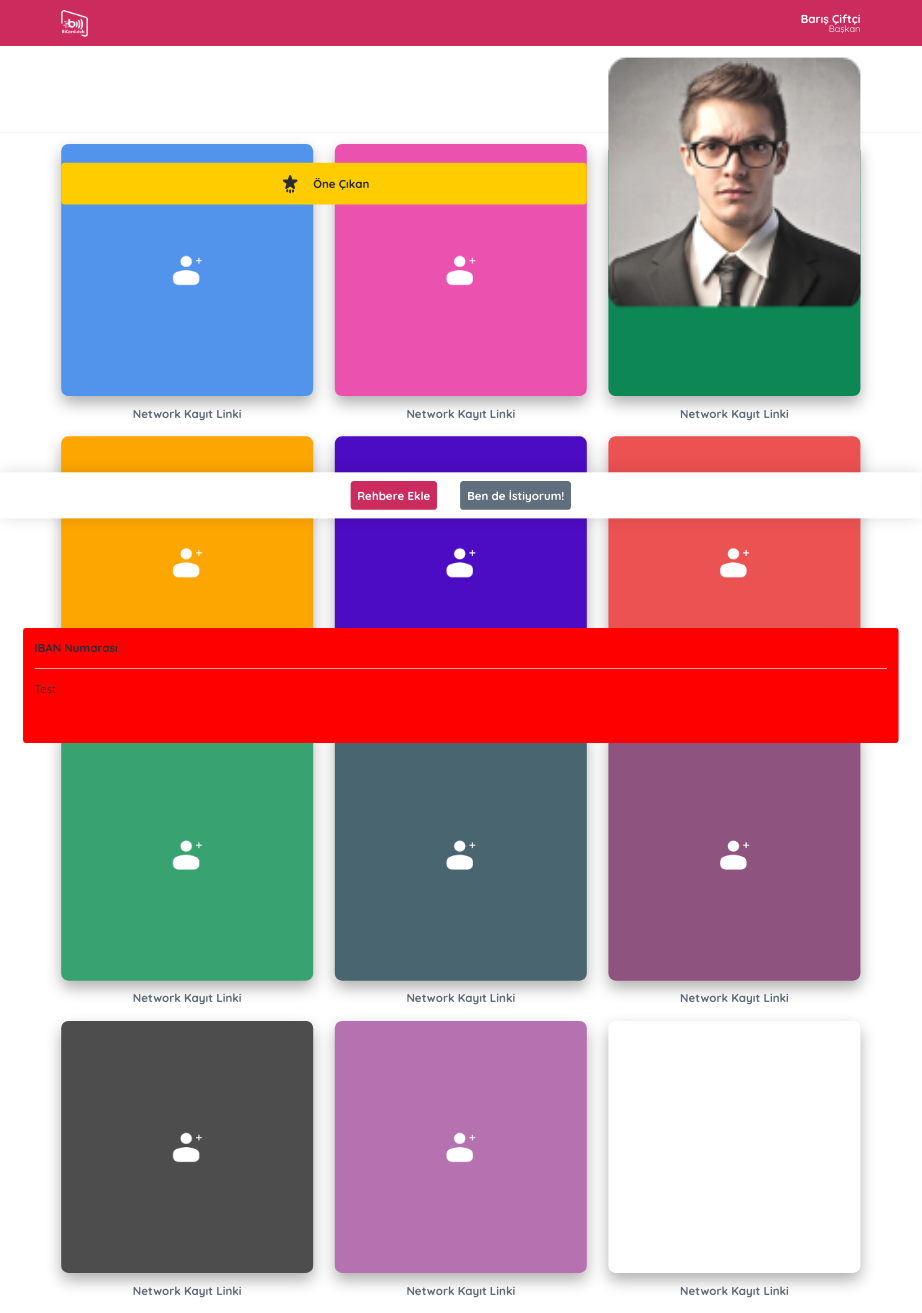
Repository: KayahanKahriman/bicard
Page: index.html
The author's editor kept a copy of each file at every save. The page is drawn from the files as they stood at one save, then again after the next save.
The browser window is 1280 px wide. The pictures show the whole page, at 72% of full size.
The style sheet was rebuilt from its Sass, Less or Tailwind sources for each picture, by a compiler version that may differ from the author's.

Above is the page before, as saved 2021-12-02 10:04:41.

### index.html
<!doctype html>
<html>

<head>
    <meta name="viewport" content="width=device-width, initial-scale=1, maximum-scale=1, user-scalable=no">
    <meta charset="utf-8" />
    <title>Title</title>
    <link rel="preconnect" href="https://fonts.googleapis.com">
    <link rel="preconnect" href="https://fonts.gstatic.com" crossorigin>
    <link href="https://fonts.googleapis.com/css2?family=Quicksand:wght@400;500;700&display=swap" rel="stylesheet">
    <link href="./assets/css/style.css" type="text/css" rel="stylesheet" />
</head>

<body>
    <header id="app-bar">
        <div class="container h-100">
            <div class="row h-100 align-items-center justify-content-between">
                <div class="col-1">
                    <img src="./assets/images/logo.png" alt="">
                </div>
                <div class="col-11">
                    <div id="app-bar-right">
                        <p id="person-name">Barış Çiftçi</p>
                        <p id="person-title">Başkan</p>
                    </div>
                </div>
            </div>
        </div>
    </header>

    <section id="profile" class="py-3">
        <div class="container">
            <div class="row align-items-center justify-content-center text-center">
                <div class="col-8">
                    <a href="#" class="button jumbo-button button-has-icon"><img src="./assets/images/ranking.svg" alt="">Öne Çıkan</a>
                </div>
                <div class="col-4">
                    <img class="img-contain" src="./assets/images/avatar.png" alt="">
                </div>
            </div>
        </div>
    </section>

    <section id="icon-grid" class="py-3">
        <div class="container">
            <div class="row">
                <div class="col-4 mb-4">
                    <div class="icon-grid-item">
                        <div class="icon-grid-item-icon" style="background-color: #5294eb;">
                            <a data-fancybox href="#test">
                                <img src="./assets/images/user-add.png" alt="">
                            </a>
                        </div>
                        <div class="icon-grid-item-title">
                            Network Kayıt Linki
                        </div>
                    </div>
                </div>
                <div class="col-4 mb-4">
                    <div class="icon-grid-item">
                        <div class="icon-grid-item-icon" style="background-color: #eb52b0;">
                            <a href="#">
                                <img src="./assets/images/user-add.png" alt="">
                            </a>
                        </div>
                        <div class="icon-grid-item-title">
                            Network Kayıt Linki
                        </div>
                    </div>
                </div>
                <div class="col-4 mb-4">
                    <div class="icon-grid-item">
                        <div class="icon-grid-item-icon" style="background-color: #0d8855;">
                            <a href="#">
                                <img src="./assets/images/user-add.png" alt="">
                            </a>
                        </div>
                        <div class="icon-grid-item-title">
                            Network Kayıt Linki
                        </div>
                    </div>
                </div>
                <div class="col-4 mb-4">
                    <div class="icon-grid-item">
                        <div class="icon-grid-item-icon" style="background-color: #fda500;">
                            <a href="#">
                                <img src="./assets/images/user-add.png" alt="">
                            </a>
                        </div>
                        <div class="icon-grid-item-title">
                            Network Kayıt Linki
                        </div>
                    </div>
                </div>
                <div class="col-4 mb-4">
                    <div class="icon-grid-item">
                        <div class="icon-grid-item-icon" style="background-color: #4c0cc4;">
                            <a href="#">
                                <img src="./assets/images/user-add.png" alt="">
                            </a>
                        </div>
                        <div class="icon-grid-item-title">
                            Network Kayıt Linki
                        </div>
                    </div>
                </div>
                <div class="col-4 mb-4">
                    <div class="icon-grid-item">
                        <div class="icon-grid-item-icon" style="background-color: #eb5252;">
                            <a href="#">
                                <img src="./assets/images/user-add.png" alt="">
                            </a>
                        </div>
                        <div class="icon-grid-item-title">
                            Network Kayıt Linki
                        </div>
                    </div>
                </div>
                <div class="col-4 mb-4">
                    <div class="icon-grid-item">
                        <div class="icon-grid-item-icon" style="background-color: #38a371;">
                            <a href="#">
                                <img src="./assets/images/user-add.png" alt="">
                            </a>
                        </div>
                        <div class="icon-grid-item-title">
                            Network Kayıt Linki
                        </div>
                    </div>
                </div>
                <div class="col-4 mb-4">
                    <div class="icon-grid-item">
                        <div class="icon-grid-item-icon" style="background-color: #496570;">
                            <a href="#">
                                <img src="./assets/images/user-add.png" alt="">
                            </a>
                        </div>
                        <div class="icon-grid-item-title">
                            Network Kayıt Linki
                        </div>
                    </div>
                </div>
                <div class="col-4 mb-4">
                    <div class="icon-grid-item">
                        <div class="icon-grid-item-icon" style="background-color: #8f5380;">
                            <a href="#">
                                <img src="./assets/images/user-add.png" alt="">
                            </a>
                        </div>
                        <div class="icon-grid-item-title">
                            Network Kayıt Linki
                        </div>
                    </div>
                </div>
                <div class="col-4 mb-4">
                    <div class="icon-grid-item">
                        <div class="icon-grid-item-icon" style="background-color: #4d4d4d;">
                            <a href="#">
                                <img src="./assets/images/user-add.png" alt="">
                            </a>
                        </div>
                        <div class="icon-grid-item-title">
                            Network Kayıt Linki
                        </div>
                    </div>
                </div>
                <div class="col-4 mb-4">
                    <div class="icon-grid-item">
                        <div class="icon-grid-item-icon" style="background-color: #b672b0;">
                            <a href="#">
                                <img src="./assets/images/user-add.png" alt="">
                            </a>
                        </div>
                        <div class="icon-grid-item-title">
                            Network Kayıt Linki
                        </div>
                    </div>
                </div>
                <div class="col-4 mb-4">
                    <div class="icon-grid-item">
                        <div class="icon-grid-item-icon">
                            <a href="#">
                                <img src="./assets/images/user-add.png" alt="">
                            </a>
                        </div>
                        <div class="icon-grid-item-title">
                            Network Kayıt Linki
                        </div>
                    </div>
                </div>
            </div>
        </div>
    </section>

    <section id="fixed-buttons">
        <a class="button primary-button" href="#">Rehbere Ekle</a>
        <a class="button dark-button" href="#">Ben de İstiyorum!</a>
    </section>

    <section id="inline-content" class="hide-content">
        <div id="modal-title">
            <strong>IBAN Numarası</strong>
        </div>
        <div id="modal-content">
            Test
        </div>
    </section>

    <script src="https://unpkg.com/swiper/swiper-bundle.min.js"></script>
    <script type="text/javascript" src="assets/js/index.js"></script>
</body>

</html>

### assets/scss/style.scss
@import "main";

#app-bar {
  background-color: var(--primary-color);
  height: var(--app-bar-height);
  width: 100%;
  color: white;
  position: fixed;
  top: 0;
  left: 0;
  z-index: 3;

  #person-name,
  #person-title {
    line-height: 1;
    text-align: right;
    margin-bottom: 0;
  }

  #person-name {
    font-weight: 600;
  }

  #person-title {
    font-size: 0.8em;
  }
}

#profile {
  background-color: white;
  position: relative;
  top: var(--app-bar-height);
  position: sticky;
  width: 100%;
  height: var(--profile-height);
  border-bottom: 1px solid var(--border-color);
  z-index: 3;
}

#icon-grid {
  position: relative;
  top: var(--app-bar-height);
  height: calc(
    100vh - var(--app-bar-height) + var(--fixed-buttons-height) +
      var(--app-bar-height)
  );
}

#fixed-buttons {
  bottom: 0;
  left: 0;
  width: 100%;
  position: fixed;
  background-color: white;
  height: var(--fixed-buttons-height);
  z-index: 3;
  box-shadow: 0 0 20px #00000020;
  display: flex;
  align-items: center;
  justify-content: center;
  column-gap: 2em;
}

#inline-content {
  position: fixed;
  bottom: 0.5em;
  width: 95%;
  left: 50%;
  transform: translateX(-50%);
  border-radius: 5px;
  background-color: white;
  padding: 1em;
  height: 10em;
  z-index: 5;
  transition: all 0.3s ease-in-out;

  #modal-title {
    border-bottom: 1px solid var(--border-color);
    padding-bottom: 1em;
  }
  #modal-content {
    padding: 1em 0;
  }
}

/*------------------------------------*\
    RESPONSIVE
\*------------------------------------*/

@media only screen and (min-width: 320px) {
}

@media only screen and (min-width: 480px) {
}

@media only screen and (min-width: 768px) {
}

@media only screen and (min-width: 1024px) {
}

@media only screen and (min-width: 1140px) {
}

@media only screen and (min-width: 1280px) {
}

@media only screen and (-webkit-min-device-pixel-ratio: 1.5),
  only screen and (min-resolution: 144dpi) {
}

### assets/scss/flex-grid/_flexgrid.scss
@import "functions";
@import "variables";
@import "mixins";
@import "reboot";
@import "utilities";
@import "grid";

### assets/scss/flex-grid/_mixins.scss
// Toggles
//
// Used in conjunction with global variables to enable certain theme features.

// Vendor
@import "vendor/rfs";


// Utilities
@import "mixins/breakpoints";
@import "mixins/image";
@import "mixins/hover";
@import "mixins/deprecate";
@import "mixins/text-hide";
@import "mixins/text-truncate";
@import "mixins/text-emphasis";
@import "mixins/size";


// // Layout
@import "mixins/clearfix";
@import "mixins/grid-framework";
@import "mixins/grid";
@import "mixins/float";

### assets/scss/flex-grid/mixins/_image.scss
// Image Mixins
// - Responsive image
// - Retina image


// Responsive image
//
// Keep images from scaling beyond the width of their parents.

@mixin img-fluid {
  // Part 1: Set a maximum relative to the parent
  max-width: 100%;
  // Part 2: Override the height to auto, otherwise images will be stretched
  // when setting a width and height attribute on the img element.
  height: auto;
}


// Retina image
//
// Short retina mixin for setting background-image and -size.

@mixin img-retina($file-1x, $file-2x, $width-1x, $height-1x) {
  background-image: url($file-1x);

  // Autoprefixer takes care of adding -webkit-min-device-pixel-ratio and -o-min-device-pixel-ratio,
  // but doesn't convert dppx=>dpi.
  // There's no such thing as unprefixed min-device-pixel-ratio since it's nonstandard.
  // Compatibility info: https://caniuse.com/#feat=css-media-resolution
  @media only screen and (min-resolution: 192dpi), // IE9-11 don't support dppx
    only screen and (min-resolution: 2dppx) { // Standardized
    background-image: url($file-2x);
    background-size: $width-1x $height-1x;
  }
  @include deprecate("`img-retina()`", "v4.3.0", "v5");
}

### assets/scss/flex-grid/mixins/_hover.scss
// Hover mixin and `$enable-hover-media-query` are deprecated.
//
// Originally added during our alphas and maintained during betas, this mixin was
// designed to prevent `:hover` stickiness on iOS-an issue where hover styles
// would persist after initial touch.
//
// For backward compatibility, we've kept these mixins and updated them to
// always return their regular pseudo-classes instead of a shimmed media query.
//
// Issue: https://github.com/twbs/bootstrap/issues/25195

@mixin hover {
  &:hover { @content; }
}

@mixin hover-focus {
  &:hover,
  &:focus {
    @content;
  }
}

@mixin plain-hover-focus {
  &,
  &:hover,
  &:focus {
    @content;
  }
}

@mixin hover-focus-active {
  &:hover,
  &:focus,
  &:active {
    @content;
  }
}

### assets/scss/flex-grid/mixins/_grid-framework.scss
// Framework grid generation
//
// Used only by Bootstrap to generate the correct number of grid classes given
// any value of `$grid-columns`.

@mixin make-grid-columns($columns: $grid-columns, $gutter: $grid-gutter-width, $breakpoints: $grid-breakpoints) {
  // Common properties for all breakpoints
  %grid-column {
    position: relative;
    width: 100%;
    padding-right: $gutter / 2;
    padding-left: $gutter / 2;
  }

  @each $breakpoint in map-keys($breakpoints) {
    $infix: breakpoint-infix($breakpoint, $breakpoints);

    // Allow columns to stretch full width below their breakpoints
    @for $i from 1 through $columns {
      .col#{$infix}-#{$i} {
        @extend %grid-column;
      }
    }
    .col#{$infix},
    .col#{$infix}-auto {
      @extend %grid-column;
    }

    @include media-breakpoint-up($breakpoint, $breakpoints) {
      // Provide basic `.col-{bp}` classes for equal-width flexbox columns
      .col#{$infix} {
        flex-basis: 0;
        flex-grow: 1;
        max-width: 100%;
      }
      .col#{$infix}-auto {
        flex: 0 0 auto;
        width: auto;
        max-width: 100%; // Reset earlier grid tiers
      }

      @for $i from 1 through $columns {
        .col#{$infix}-#{$i} {
          @include make-col($i, $columns);
        }
      }

      .order#{$infix}-first { order: -1; }

      .order#{$infix}-last { order: $columns + 1; }

      @for $i from 0 through $columns {
        .order#{$infix}-#{$i} { order: $i; }
      }

      // `$columns - 1` because offsetting by the width of an entire row isn't possible
      @for $i from 0 through ($columns - 1) {
        @if not ($infix == "" and $i == 0) { // Avoid emitting useless .offset-0
          .offset#{$infix}-#{$i} {
            @include make-col-offset($i, $columns);
          }
        }
      }
    }
  }
}

### assets/scss/flex-grid/mixins/_grid.scss
/// Grid system
//
// Generate semantic grid columns with these mixins.

@mixin make-container($gutter: $grid-gutter-width) {
  width: 100%;
  padding-right: $gutter / 2;
  padding-left: $gutter / 2;
  margin-right: auto;
  margin-left: auto;
}


// For each breakpoint, define the maximum width of the container in a media query
@mixin make-container-max-widths($max-widths: $container-max-widths, $breakpoints: $grid-breakpoints) {
  @each $breakpoint, $container-max-width in $max-widths {
    @include media-breakpoint-up($breakpoint, $breakpoints) {
      max-width: $container-max-width;
    }
  }
}

@mixin make-row($gutter: $grid-gutter-width) {
  display: flex;
  flex-wrap: wrap;
  margin-right: -$gutter / 2;
  margin-left: -$gutter / 2;
}

@mixin make-col-ready($gutter: $grid-gutter-width) {
  position: relative;
  // Prevent columns from becoming too narrow when at smaller grid tiers by
  // always setting `width: 100%;`. This works because we use `flex` values
  // later on to override this initial width.
  width: 100%;
  padding-right: $gutter / 2;
  padding-left: $gutter / 2;
}

@mixin make-col($size, $columns: $grid-columns) {
  flex: 0 0 percentage($size / $columns);
  // Add a `max-width` to ensure content within each column does not blow out
  // the width of the column. Applies to IE10+ and Firefox. Chrome and Safari
  // do not appear to require this.
  max-width: percentage($size / $columns);
}

@mixin make-col-offset($size, $columns: $grid-columns) {
  $num: $size / $columns;
  margin-left: if($num == 0, 0, percentage($num));
}

### assets/scss/flex-grid/_utilities.scss
@import "utilities/align";
@import "utilities/clearfix";
@import "utilities/display";
@import "utilities/flex";
@import "utilities/float";
@import "utilities/position";
@import "utilities/text";
@import "utilities/spacing";
@import "utilities/sizing";

### assets/scss/flex-grid/utilities/_text.scss
// stylelint-disable declaration-no-important

//
// Text
//

.text-monospace { font-family: $font-family-monospace !important; }

// Alignment

.text-justify  { text-align: justify !important; }
.text-wrap     { white-space: normal !important; }
.text-nowrap   { white-space: nowrap !important; }
.text-truncate { @include text-truncate; }

// Responsive alignment

@each $breakpoint in map-keys($grid-breakpoints) {
  @include media-breakpoint-up($breakpoint) {
    $infix: breakpoint-infix($breakpoint, $grid-breakpoints);

    .text#{$infix}-left   { text-align: left !important; }
    .text#{$infix}-right  { text-align: right !important; }
    .text#{$infix}-center { text-align: center !important; }
  }
}

// Transformation

.text-lowercase  { text-transform: lowercase !important; }
.text-uppercase  { text-transform: uppercase !important; }
.text-capitalize { text-transform: capitalize !important; }

// Weight and italics

.font-weight-light   { font-weight: $font-weight-light !important; }
.font-weight-lighter { font-weight: $font-weight-lighter !important; }
.font-weight-normal  { font-weight: $font-weight-normal !important; }
.font-weight-bold    { font-weight: $font-weight-bold !important; }
.font-weight-bolder  { font-weight: $font-weight-bolder !important; }
.font-italic         { font-style: italic !important; }

// Contextual colors

.text-white { color: $white !important; }

@each $color, $value in $theme-colors {
  @include text-emphasis-variant(".text-#{$color}", $value);
}

.text-body { color: $body-color !important; }
.text-muted { color: $text-muted !important; }

.text-black-50 { color: rgba($black, .5) !important; }
.text-white-50 { color: rgba($white, .5) !important; }

// Misc

.text-hide {
  @include text-hide($ignore-warning: true);
}

.text-decoration-none { text-decoration: none !important; }

.text-break {
  word-break: break-word !important; // IE & < Edge 18
  overflow-wrap: break-word !important;
}

// Reset

.text-reset { color: inherit !important; }

### assets/scss/flex-grid/_grid.scss
// Container widths
//
// Set the container width, and override it for fixed navbars in media queries.

@if $enable-grid-classes {
  .container {
    @include make-container();
    @include make-container-max-widths();
  }
}

// Fluid container
//
// Utilizes the mixin meant for fixed width containers, but with 100% width for
// fluid, full width layouts.

@if $enable-grid-classes {
  .container-fluid {
    @include make-container();
  }
}

// Row
//
// Rows contain and clear the floats of your columns.

@if $enable-grid-classes {
  .row {
    @include make-row();
  }

  // Remove the negative margin from default .row, then the horizontal padding
  // from all immediate children columns (to prevent runaway style inheritance).
  .no-gutters {
    margin-right: 0;
    margin-left: 0;

    > .col,
    > [class*="col-"] {
      padding-right: 0;
      padding-left: 0;
    }
  }
}

// Columns
//
// Common styles for small and large grid columns

@if $enable-grid-classes {
  @include make-grid-columns();
}

### assets/scss/_vars.scss
:root {
  // Fonts
  --quicksand: "Quicksand", sans-serif;
  --primary-font: var(--quicksand);

  // Colors
  --primary-color: #cc2b5e;
  --darker-primary-color: #b12451;
  --secondary-color: #ffcc00;
  --darker-secondary-color: #d4aa00;
  --text-color: #292d32;
  --link-color: #292d32;
  --alt-text-color: #616e7d;
  --border-color: #eaeaea;
  --dark-color: #616e7d;

  // Sizes
  --app-bar-height: 4em;
  --profile-height: 7.5em;
  --fixed-buttons-height: 4em;
}

Loaded but not shown: assets/scss/flex-grid/vendor/_rfs.scss (common file); assets/scss/flex-grid/mixins/_deprecate.scss (common file); assets/scss/flex-grid/mixins/_text-hide.scss (common file); assets/scss/flex-grid/mixins/_text-truncate.scss (common file); assets/scss/flex-grid/mixins/_text-emphasis.scss (common file); assets/scss/flex-grid/mixins/_size.scss (common file); assets/scss/flex-grid/mixins/_clearfix.scss (common file); assets/scss/flex-grid/mixins/_float.scss (common file); assets/scss/flex-grid/utilities/_align.scss (common file); assets/scss/flex-grid/utilities/_clearfix.scss (common file); assets/scss/flex-grid/utilities/_display.scss (common file); assets/scss/flex-grid/utilities/_float.scss (common file); assets/scss/flex-grid/utilities/_position.scss (common file); assets/scss/flex-grid/utilities/_sizing.scss (common file); assets/js/index.js (31 lines, source omitted); assets/scss/flex-grid/_variables.scss (1123 lines, source omitted); assets/scss/flex-grid/_reboot.scss (483 lines, source omitted); assets/scss/flex-grid/mixins/_breakpoints.scss (123 lines, source omitted); assets/scss/flex-grid/utilities/_flex.scss (51 lines, source omitted); assets/scss/flex-grid/_functions.scss (86 lines, source omitted); assets/scss/_main.scss (161 lines, source omitted); assets/scss/flex-grid/utilities/_spacing.scss (73 lines, source omitted)

After the next save:
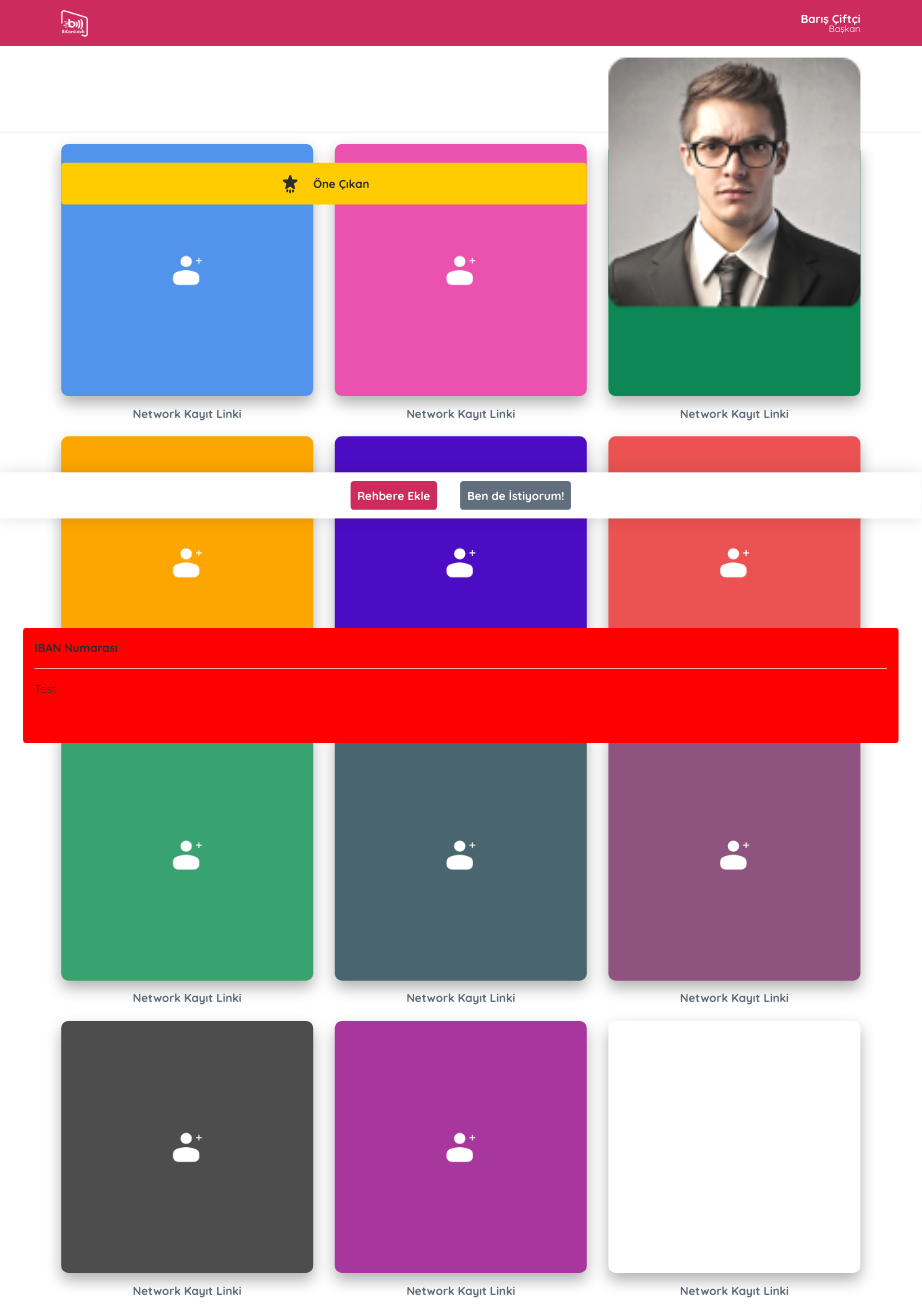
Saved 5 s later.
--- a/index.html
+++ b/index.html
@@ -166,7 +166,7 @@
                 </div>
                 <div class="col-4 mb-4">
                     <div class="icon-grid-item">
-                        <div class="icon-grid-item-icon" style="background-color: #b672b0;">
+                        <div class="icon-grid-item-icon" style="background-color: #a7369d;">
                             <a href="#">
                                 <img src="./assets/images/user-add.png" alt="">
                             </a>
